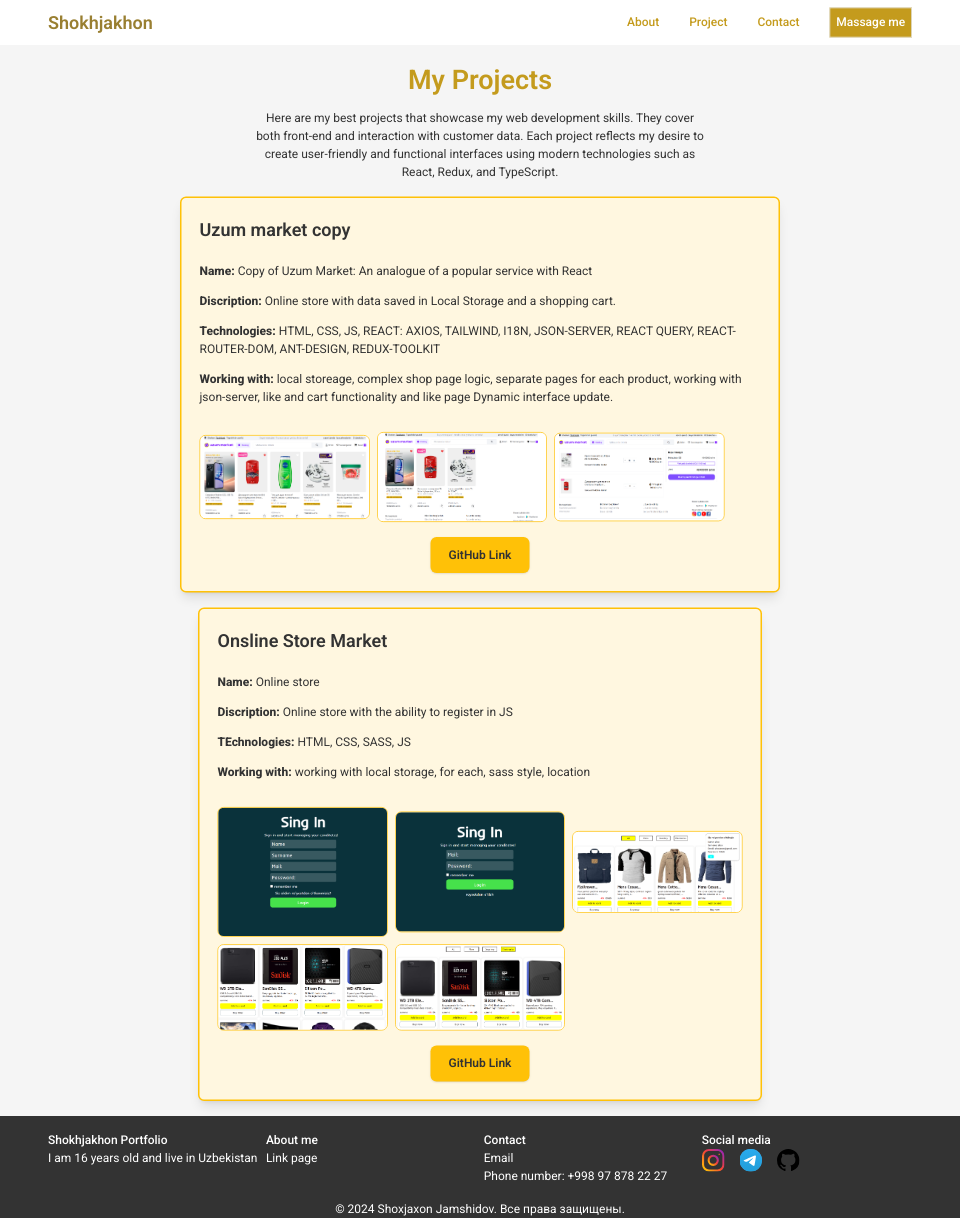
Repository: usershoh/My-Portfolio
Page: /project
These files come from the project's save history. The page is drawn as it stood at one moment and after the next save; the edit follows.
The browser window is 1280 px wide. The pictures show the whole page, at 75% of full size.
The project was rebuilt for these pictures with package versions that can differ from the ones it lists, and the page was loaded fresh each time. Also part of the build but not shown: vite.config.js, src/pages/blog/index.jsx, src/components/contact/title/index.jsx, src/components/contact/details/index.jsx, src/components/contact/location/index.jsx, src/components/contact/cta/index.jsx, src/pages/contact/index.jsx, src/components/home/hero/index.jsx and 11 more.

Above is the page before, as saved 2024-12-04 23:47:48.

After the next save:
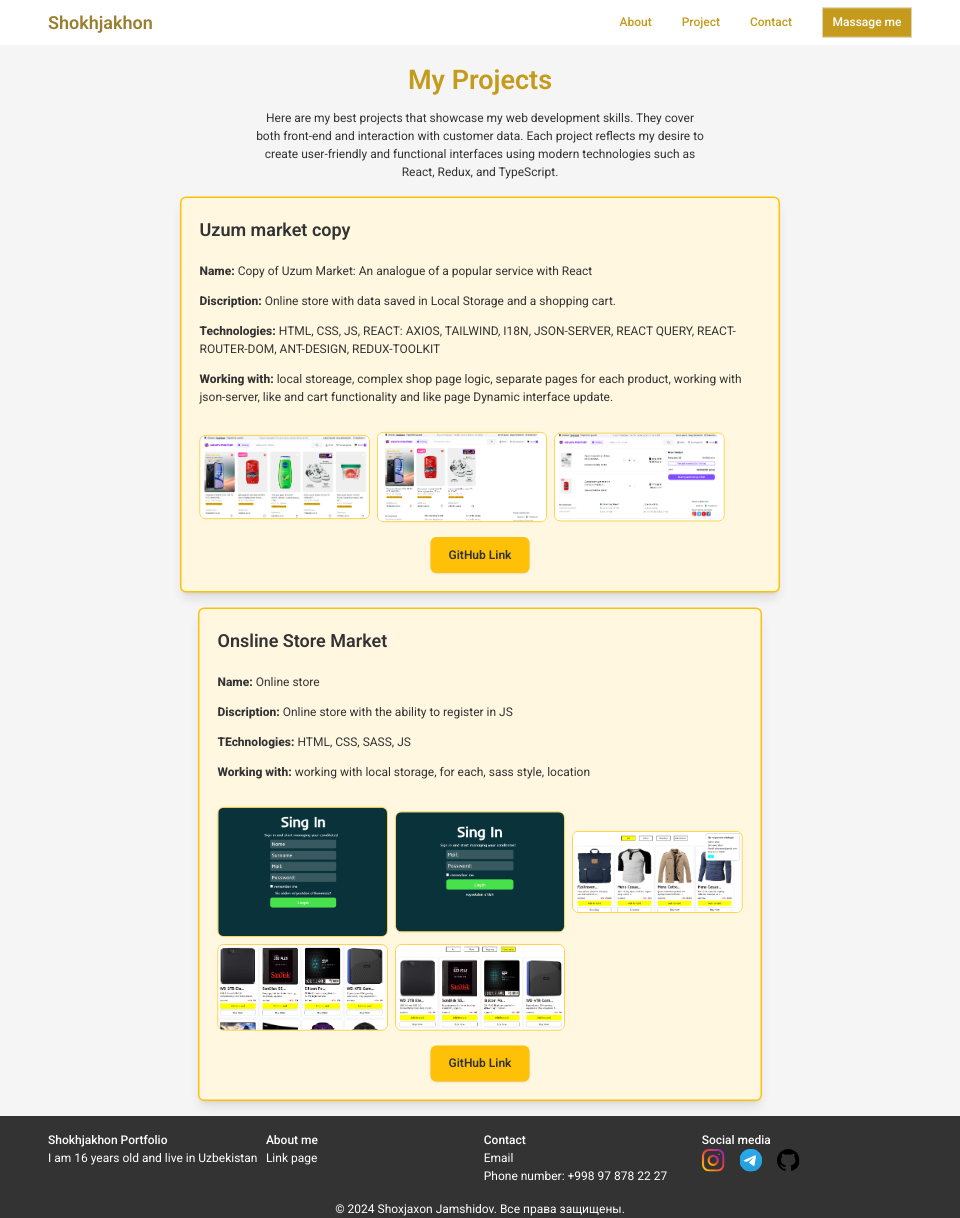
Saved 12 s later.
--- a/src/components/header/index.jsx
+++ b/src/components/header/index.jsx
@@ -40,7 +40,7 @@
 
         <button
           onClick={navigateGmail}
-          className="border w-[110px] h-[40px] bg-gold text-white text-[16px] hover:bg-hover"
+          className="border w-[120px] h-[40px] bg-gold text-white text-[16px] hover:bg-hover"
         >
           Massage me
         </button>
